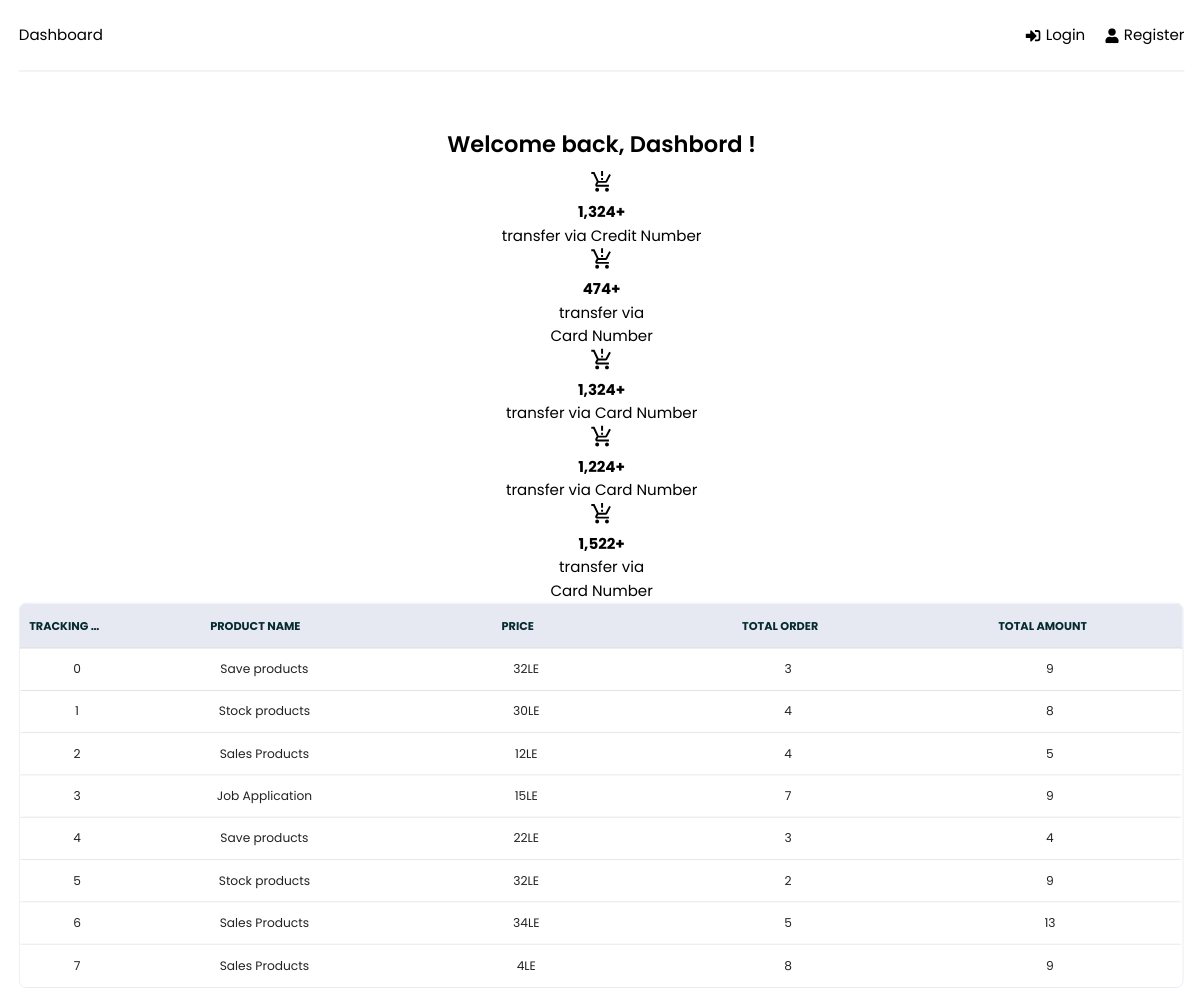
Repository: OmniaRafat232111121/DashboardTailwind
Page: /
An editor plug-in stored every save of this project. The page is shown before and after the next save, followed by the edit.
The browser window is 1280 px wide. The pictures show the whole page, at 94% of full size.
The project was rebuilt for these pictures with package versions that can differ from the ones it lists, and the page was loaded fresh each time. Also part of the build but not shown: src/components/Spinner.jsx, src/pages/Login.jsx, src/pages/Register.jsx.

Above is the page before, as saved 2023-01-26 19:58:55.

### src/index.css
@import url('https://fonts.googleapis.com/css2?family=Poppins:wght@300;400;600;700&display=swap');

* {
  margin: 0;
  padding: 0;
  box-sizing: border-box;
}

body {
  font-family: 'Poppins', sans-serif;
  height: 100vh;
}

a {
  text-decoration: none;
  color: #000;
}

p {
  line-height: 1.7;
}

ul {
  list-style: none;
}

li {
  line-height: 2.2;
}

h1,
h2,
h3 {
  font-weight: 600;
  margin-bottom: 10px;
}

.container {
  width: 100%;
 max-width:7000px;
  margin: 0 auto;
  padding: 0 20px;
  text-align: center;
}

.header {
  display: flex;
  justify-content: space-between;
  align-items: center;
  padding: 20px 0;
  border-bottom: 1px solid #e6e6e6;
  margin-bottom: 60px;
}

.header ul {
  display: flex;
  align-items: center;
  justify-content: space-between;
}

.header ul li {
  margin-left: 20px;
}

.header ul li a {
  display: flex;
  align-items: center;
}

.header ul li a:hover {
  color: #777;
}

.header ul li a svg {
  margin-right: 5px;
}

.heading {
  font-size: 2rem;
  font-weight: 700;
  margin-bottom: 50px;
  padding: 0 20px;
}

.heading p {
  color: #828282;
}

.goals {
  display: grid;
  grid-template-columns: repeat(2, 1fr);
  gap: 10px;
}

.goal {
  background-color: #f4f4f4;
  margin: 10px 0;
  padding: 20px 0 10px;
  position: relative;
}

.goal .close {
  position: absolute;
  top: 10px;
  right: 15px;
  cursor: pointer;
  border: none;
  background: none;
}

.form,
.content {
  width: 70%;
  margin: 0 auto;
}

.form-group {
  margin-bottom: 10px;
}

.form-group input,
.form-group textarea,
.form-group select {
  width: 100%;
  padding: 10px;
  border: 1px solid #e6e6e6;
  border-radius: 5px;
  margin-bottom: 10px;
  font-family: inherit;
}

.form-group label {
  text-align: left;
  display: block;
  margin: 0 0 5px 3px;
}

.btn {
  padding: 10px 20px;
  border: 1px solid #000;
  border-radius: 5px;
  background: #000;
  color: #fff;
  font-size: 16px;
  font-weight: 700;
  cursor: pointer;
  text-align: center;
  appearance: button;
  display: flex;
  align-items: center;
  justify-content: center;
}

.btn svg {
  margin-right: 8px;
}

.btn-reverse {
  background: #fff;
  color: #000;
}

.btn-block {
  width: 100%;
  margin-bottom: 20px;
}

.btn:hover {
  transform: scale(0.98);
}

.loadingSpinnerContainer {
  position: fixed;
  top: 0;
  right: 0;
  bottom: 0;
  left: 0;
  background-color: rgba(0, 0, 0, 0.5);
  z-index: 5000;
  display: flex;
  justify-content: center;
  align-items: center;
}

.loadingSpinner {
  width: 64px;
  height: 64px;
  border: 8px solid;
  border-color: #000 transparent #555 transparent;
  border-radius: 50%;
  animation: spin 1.2s linear infinite;
}

@keyframes spin {
  0% {
    transform: rotate(0deg);
  }
  100% {
    transform: rotate(360deg);
  }
}

@media (max-width: 600px) {
  .form {
    width: 90%;
  }

  .heading h1 {
    font-size: 2rem;
  }

  .heading p {
    font-size: 1.5rem;
  }
}

### src/App.js
import { BrowserRouter as Router, Routes, Route } from 'react-router-dom'
import { ToastContainer } from 'react-toastify'
import 'react-toastify/dist/ReactToastify.css'
import Header from './components/Header'
import Dashboard from './pages/Dashboard'
import Login from './pages/Login'
import Register from './pages/Register'
import { useEffect} from 'react'
import { useSelector } from 'react-redux'
function App() {
const isAuth = useSelector(state => state?.authSlice?.user?.isAuth)
  return (
    <>
      <Router>

        <div className='container'>
         <Header />
          <Routes>
            <Route path='/' element={<Dashboard />} />
            <Route path='/login' element={<Login />} />
            <Route path='/register' element={<Register />} />


          </Routes>
        </div>
      </Router>
      <ToastContainer />





    </>
  )
}

export default App

### src/app/store.js
import { configureStore } from '@reduxjs/toolkit'
import authReducer from '../features/auth/authSlice'

export const store = configureStore({
  reducer: {
    auth: authReducer,

  },
})

### src/components/Header.jsx
import { FaSignInAlt, FaSignOutAlt, FaUser } from 'react-icons/fa'
import { Link, useNavigate } from 'react-router-dom'
import { useSelector, useDispatch } from 'react-redux'
import { logout, reset } from '../features/auth/authSlice'

function Header() {
  const navigate = useNavigate()
  const dispatch = useDispatch()
  const { user } = useSelector((state) => state.auth)

  const onLogout = () => {
    dispatch(logout())
    dispatch(reset())
    navigate('/')
  }

  return (
    <header className='header'>
      <div className='logo'>
        <Link to='/'>Dashboard</Link>
      </div>
      <ul>
        {user ? (
          <li>
            <button className='btn' onClick={onLogout}>
              <FaSignOutAlt /> Logout
            </button>
          </li>
        ) : (
          <>
            <li>
              <Link to='/login'>
                <FaSignInAlt /> Login
              </Link>
            </li>
            <li>
              <Link to='/register'>
                <FaUser /> Register
              </Link>
            </li>
          </>
        )}
      </ul>
    </header>
  )
}

export default Header

### src/pages/Dashboard.jsx
import React from 'react'
import {MdProductionQuantityLimits} from 'react-icons/md'
import DataTableDT from '../components/DataTable'
import InfoCard from '../components/InfoCard';
import { BiBell, BiBriefcase, BiMessageDetail } from 'react-icons/bi'
import { AiOutlineBarChart } from 'react-icons/ai'
import { FaEye, FaHeart } from 'react-icons/fa'
import { RiGamepadLine } from 'react-icons/ri'
import { HiShoppingBag } from 'react-icons/hi'

const columns = [
    {
    name: 'Tracking no',
    selector: row => row?.id,
    sortable: true,
    reorder: true,
    center: true,
    maxWidth: '120px',
  },
  {
    name: 'Product name',
    selector: row => row?.title,
    sortable: true,
    reorder: true,
    center: true,
  },
  {
    name: 'Price',
    selector: row => row?.price + 'LE',
    sortable: true,
    reorder: true,
    center: true,
  },
  {
    name: 'Total Order',
    selector: row => row?.order ,
   sortable: true,
    reorder: true,
    center: true,
  },
  {
    name: 'Total Amount',
    selector: row => row?.total ,
    sortable: true,
    reorder: true,
    center: true,
  },

];

const data = [

    {
    id: 0,
    count: 178,
    order:3,
    price: 32,
    title: 'Save products',
    total:9,
    icon: <FaHeart />,
      color:'blue'
    },
    {
      id:1,
      count: 20,
         order:4,
      price: 30,
        total:8,
      title:'Stock products',
      icon: <RiGamepadLine />,
      color:'yellow'
    },
    {
      id:2,
      count: 190,
      price: 12,
      order: 4,
           total:5,
      title:'Sales Products',
      icon: <HiShoppingBag />,
      color:'orange'
    },
    {
      id:3,
      count: 12,
      price: 15,
       total:9,
      order:7,
      title:'Job Application',
      icon: <BiBriefcase />,
      color:'purple'
  },
    {
      id:4,
      count: 178,
      price: 22,
       total:4,
     order:3,
      title:'Save products',
      icon: <FaHeart/>,
      color:'blue'
    },
    {
      id:5,
      count: 20,
      price: 32,
      order: 2,
            total:9,
      title:'Stock products',
      icon: <RiGamepadLine />,
      color:'yellow'
    },
    {
      id:6,
      count: 190,
        price:34,
      title: 'Sales Products',
        order:5,
      icon: <HiShoppingBag />,
      color: 'orange',
       total:13,
    },

        {
      id:7,
      count: 140,
        price:4,
      title: 'Sales Products',
        order:8,
      icon: <HiShoppingBag />,
      color: 'orange',
       total:9,
    },


]


const Dashboard = () => {


  return (
    <section className="  w-full px-14 flex-1 pt-14 ">
      <div>
        <h2 className=" lg:text-lg text-black-400 ">Welcome back, Dashbord !</h2>
        <div className=' flex  flex-col mt-4
           lg:flex-row
           items-center
           justify-between
           rounded-md
           bg-gray-100 shadow-2xl p-10 '>

          <InfoCard
            className="mt-3 p-5 box-shadow-300 "
            bgColor={"bg-green-600"}
            textColor={"text-green-500"}

            count={'+1324'}
            icon={<MdProductionQuantityLimits size={25} />}
            label={
              <span className='text-sm'>
                transfer via Credit Number
              </span>
            }
          />
           <InfoCard
            className="mt-3 p-5 box-shadow-300"
            bgColor={"bg-purple-600"}
            textColor={"text-purple-500"}

            count={'+474'}
            icon={<MdProductionQuantityLimits size={25} />}
            label={
              <span className='text-sm'>
                transfer via
                <br />
                Card Number
              </span>
            }
          />
            <InfoCard
            className="mt-3 p-5 box-shadow-300"
            bgColor={"bg-blue-600"}
            textColor={"text-blue-500"}

            count={'+1324'}
            icon={<MdProductionQuantityLimits size={25} />}
            label={
              <span className='text-sm'>
                transfer via  Card Number
              </span>
            }
          />


          <InfoCard
            className="mt-3 box-shadow-300"
             count={'+1224'}
            bgColor={"bg-red-600"}
            textColor={"text-red-500"}
            icon={<MdProductionQuantityLimits size={25} />}
            label={
              <span className='text-sm'>
                transfer via  Card Number
              </span>
            }
          />

          <InfoCard
            className="mt-3 box-shadow-300"
             count={'+1522'}
            bgColor={"bg-yellow-600"}
            textColor={"text-yellow-500"}
            icon={<MdProductionQuantityLimits size={25} />}
            label={
              <span className='text-sm'>
                transfer via
                <br />
                Card Number
              </span>
            }
          />




        </div>
        <div className='mt-10'>
          <DataTableDT
            className=" md:w-3"
            columns={columns}
            data={data}
            selectableRows
            pagination={false}
        />
        </div>
      </div>

    </section>
  )
}

export default Dashboard

### src/features/auth/authSlice.js
import { createSlice, createAsyncThunk } from '@reduxjs/toolkit'
import authService from './authService'

// Get user from localStorage
const user = JSON.parse(localStorage.getItem('user'))

const initialState = {
  user: user ? user : null,
  isError: false,
  isSuccess: false,
  isLoading: false,
  message: '',
}

// Register user
export const register = createAsyncThunk(
  'auth/register',
  async (user, thunkAPI) => {
    try {
      return await authService.register(user)
    } catch (error) {
      const message =
        (error.response &&
          error.response.data &&
          error.response.data.message) ||
        error.message ||
        error.toString()
      return thunkAPI.rejectWithValue(message)
    }
  }
)

// Login user
export const login = createAsyncThunk('auth/login', async (user, thunkAPI) => {
  try {
    return await authService.login(user)
  } catch (error) {
    const message =
      (error.response && error.response.data && error.response.data.message) ||
      error.message ||
      error.toString()
    return thunkAPI.rejectWithValue(message)
  }
})

export const logout = createAsyncThunk('auth/logout', async () => {
  await authService.logout()
})

export const authSlice = createSlice({
  name: 'auth',
  initialState,
  reducers: {
    reset: (state) => {
      state.isLoading = false
      state.isSuccess = false
      state.isError = false
      state.message = ''
    },
  },
  extraReducers: (builder) => {
    builder
      .addCase(register.pending, (state) => {
        state.isLoading = true
      })
      .addCase(register.fulfilled, (state, action) => {
        state.isLoading = false
        state.isSuccess = true
        state.user = action.payload
      })
      .addCase(register.rejected, (state, action) => {
        state.isLoading = false
        state.isError = true
        state.message = action.payload
        state.user = null
      })
      .addCase(login.pending, (state) => {
        state.isLoading = true
      })
      .addCase(login.fulfilled, (state, action) => {
        state.isLoading = false
        state.isSuccess = true
        state.user = action.payload
      })
      .addCase(login.rejected, (state, action) => {
        state.isLoading = false
        state.isError = true
        state.message = action.payload
        state.user = null
      })
      .addCase(logout.fulfilled, (state) => {
        state.user = null
      })
  },
})

export const { reset } = authSlice.actions
export default authSlice.reducer

### src/components/DataTable.jsx
import React from 'react';
import DataTable, { createTheme } from 'react-data-table-component';
import { BsSortDown } from 'react-icons/bs';
const sortIcon = <BsSortDown />;
const DataTbleDT = ({
  columns,
  data,
  title,
  select,
  pagination,
  paginationServer,
  paginationTotalRows,
  onChangeRowsPerPage,
  onChangePage,
  progressPending,
  progressComponent,
}) => {
  const customStyles = {
    tableWrapper: {
      style: {
        display: 'table',
        border: '1px solid #E6E9F1',
        width: '99.9%',
        overflow: 'hidden',
        borderRadius: '8px',
      },
    },
    header: {
      style: {
        color: '#FFFFFF',
        fontWeight: 800,
        minHeight: '60px',
        paddingLeft: '0px',
        textAlign: 'center',
        textTransform: 'uppercase',
      },
    },
    head: {
      style: {
        color: 'orange',
      },
    },
    headRow: {
      style: {
        backgroundColor: '#E6E9F1',
        minHeight: '48px',
      },
      denseStyle: {
        minHeight: '30px',
      },
    },
    headCells: {
      style: {
        textTransform: 'uppercase',
        fontWeight: 700,
        color: '#052A30',
        paddingLeft: '10px',
        paddingRight: '10px',
      },
      activeSortStyle: {
        color: '#ccc',
        '&:focus': {
          outline: 'none',
        },
        '&:hover:not(:focus)': {
          color: '#E6E9F1',
        },
      },
      inactiveSortStyle: {
        '&:focus': {
          outline: 'none',
          color: '',
        },
        '&:hover': {
          color: '',
        },
      },
    },
    cells: {
      style: {
        paddingLeft: '10px',
        paddingRight: '10px',
        wordBreak: 'break-word',
      },
    },
    rows: {
      style: {
        minHeight: '45px',
        width: '99.8%',
        marginLeft: '1px',
        marginRight: '1px',
      },
      denseStyle: {
        fontSize: '12px',
        minHeight: '40px',
      },
      highlightOnHoverStyle: {
        backgroundColor: '#f7fcf7',
      },
    },
  };

  createTheme('ElevateLight', {
    text: {
      primary: '#393939',
      secondary: '#000',
    },
    background: {
      default: '#fff',
    },
    context: {
      background: '#f7fcf7',
      text: '#FFFFFF',
    },
    divider: {
      default: '#E6E9F1',
    },
    action: {
      button: 'rgba(0,0,0,.54)',
      hover: 'rgba(0,0,0,.08)',
      disabled: 'rgba(0,0,0,.12)',
    },
  });

  return (
    <DataTable
      columns={columns}
      data={data}
      selectableRows={select}
      selectableRowsNoSelectAll={false}
      selectableRowsVisibleOnly={false}
      selectableRowsHighlight={true}
      selectableRowsSingle={false}
      expandableRows={false}
      expandOnRowClicked={false}
      expandOnRowDoubleClicked={false}
      expandableRowsHideExpander={false}
      highlightOnHover={false}
      striped={false}
      pointerOnHover={false}
      dense={false}
      persistTableHead={false}
      noHeader={false}
      fixedHeader={false}
      fixedHeaderScrollHeight="300px"
      noTableHead={false}
      noContextMenu={false}
      direction="right"
      subHeader={false}
      subHeaderAlign="right"
      subHeaderWrap={true}
      responsive
      disabled={false}
      customStyles={customStyles}
      sortIcon={sortIcon}
      pagination={pagination}
      paginationServer={paginationServer}
      paginationTotalRows={paginationTotalRows}
      onChangeRowsPerPage={onChangeRowsPerPage}
      onChangePage={onChangePage}
      progressPending={progressPending}
      progressComponent={progressComponent}
    />
  );
};

export default DataTbleDT;

### src/components/InfoCard.jsx
import React from 'react'
import CountUp from 'react-countup'
const InfoCard = (props) => {
    return (
       <div className={` mt-3 rounded-xl ${props.bgColor} bg-opacity-10 p-5  w-36    ${props.textColor}`}>


            <div className='text  flex justify-between   '>
        {props.icon}
                <h4>
          <CountUp
            start={0}
            end={props.count}
            duration={props.count < 20 ? 1 : props.count < 200 ? 2 : 3}
            decimals={0}
                    />
                    +
                    </h4>
            </div>
            {props.label}

          </div>



  )
}

export default InfoCard

### src/features/auth/authService.js
import axios from 'axios'

const API_URL1 = 'https://reqres.in/api/register'

// Register user
const register = async (userData) => {
  const response = await axios.post(API_URL1, userData)

  if (response.data) {
    localStorage.setItem('user', JSON.stringify(response.data))
  }

  return response.data
}

const API_URL = 'https://reqres.in/api/login/'
 //Login user
const login = async (userData) => {
  const response = await axios.post(API_URL , userData)

  if (response.data) {
    localStorage.setItem('user', JSON.stringify(response.data))
  }

  return response.data
}

// Logout user
const logout = () => {
  localStorage.removeItem('user')
}

const authService = {
  register,
  logout,
  login,
}

export default authService

Loaded but not shown: public/index.html (common file); src/index.js (common file)

After the next save:
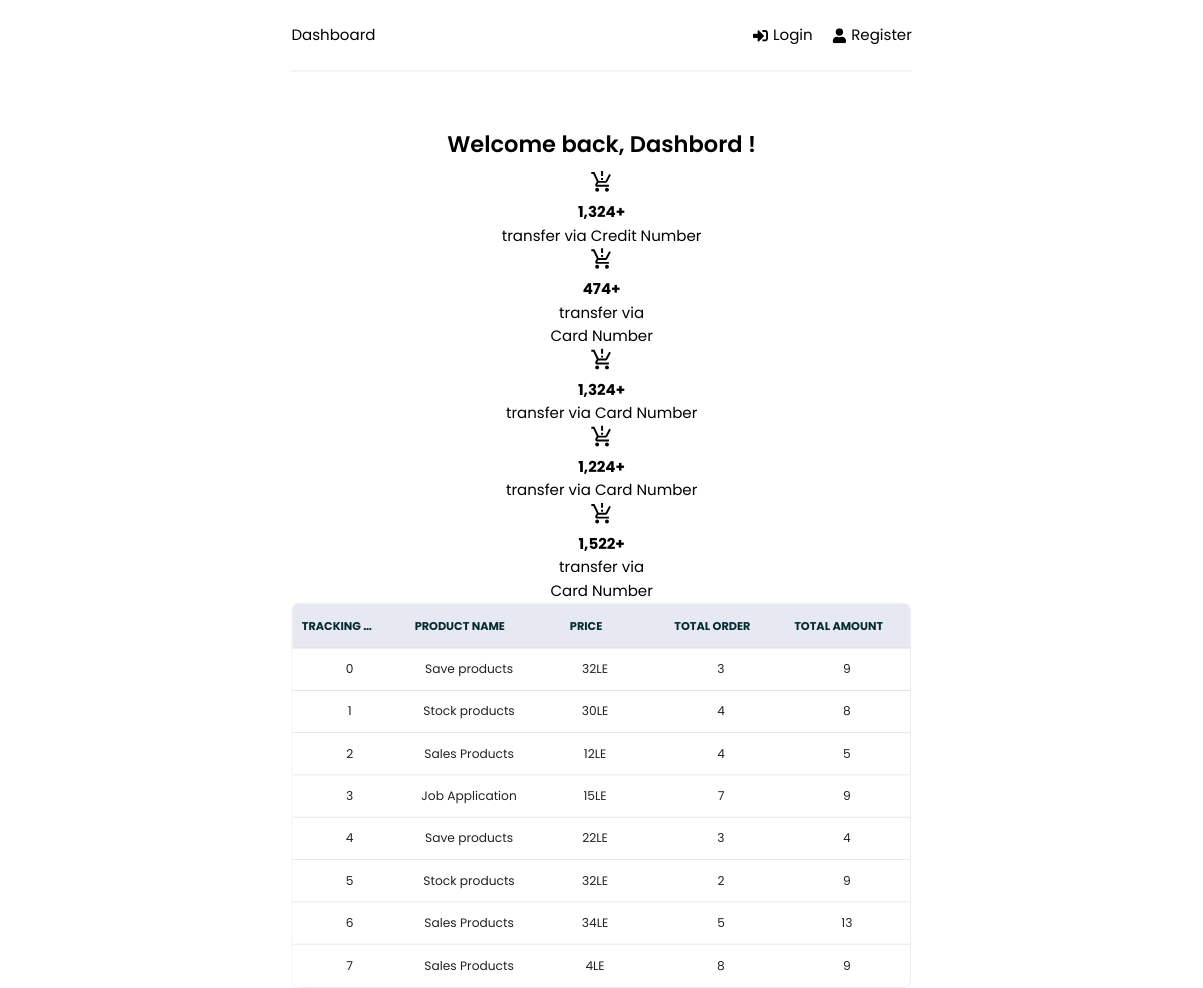
Saved 10 s later.
--- a/src/index.css
+++ b/src/index.css
@@ -37,7 +37,7 @@ h3 {
 
 .container {
   width: 100%;
- max-width:7000px;
+ max-width:700px;
   margin: 0 auto;
   padding: 0 20px;
   text-align: center;
